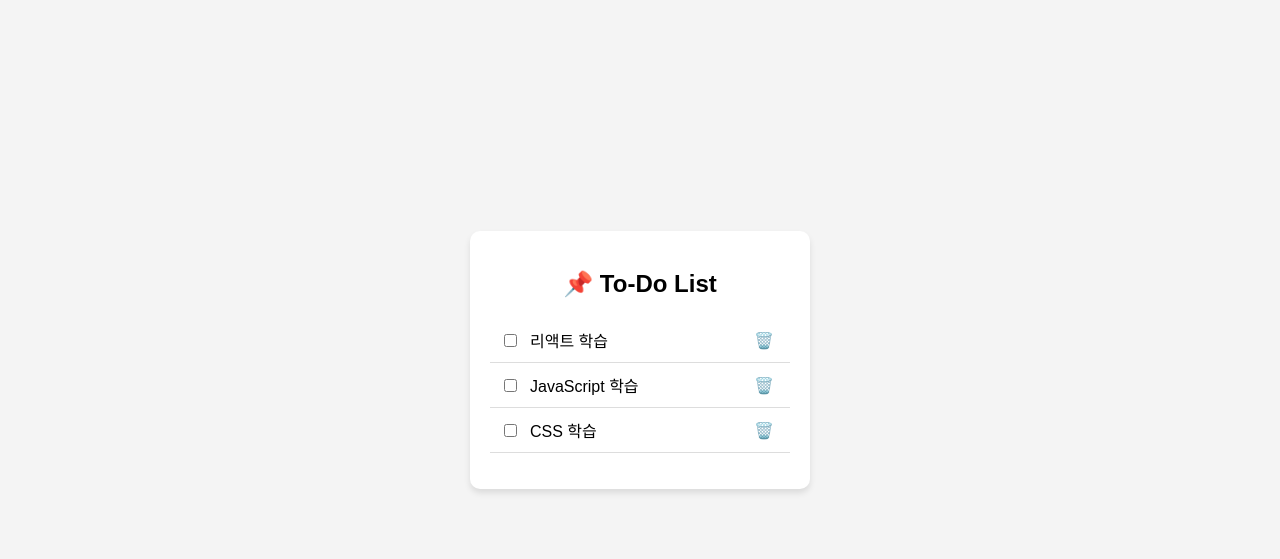
Repository: jongheonleee/todo-list
Page: /
These files come from the project's save history. The page is drawn as it stood at one moment and after the next save; the edit follows.
The browser window is 1280 px wide. The pictures show the whole page.
The project was rebuilt for these pictures with package versions that can differ from the ones it lists, and the page was loaded fresh each time. Also part of the build but not shown: src/components/ToDoItem.css, src/components/ToDoItem.js, src/components/ToDoList.js.

Above is the page before, as saved 2025-02-18 15:15:42.

After the next save:
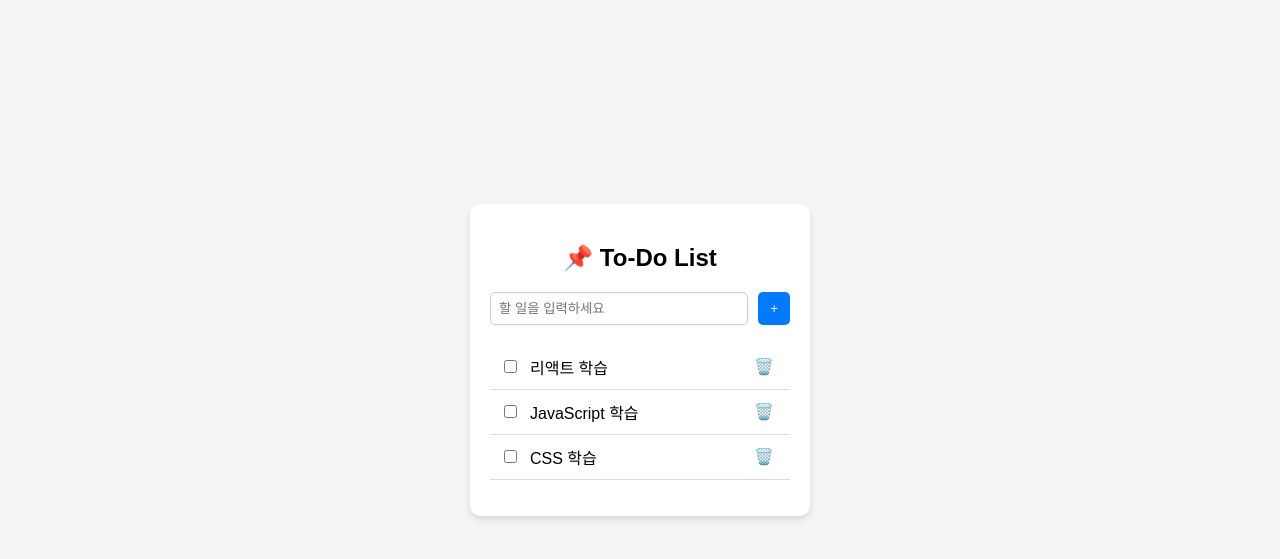
Saved 58 s later.
--- a/src/components/InputForm.js
+++ b/src/components/InputForm.js
@@ -2,10 +2,12 @@ import React from "react";
 import "./InputForm.css";
 
 const InputForm = () => {
-    <div className="input-area">
-        <input type="text" placeholder="할 일을 입력하세요" />
-        <button className="add-btn">+</button>
-    </div>
+    return (
+        <div className="input-area">
+            <input type="text" placeholder="할 일을 입력하세요" />
+            <button className="add-btn">+</button>
+        </div>
+    );
 }
 
 export default InputForm;
